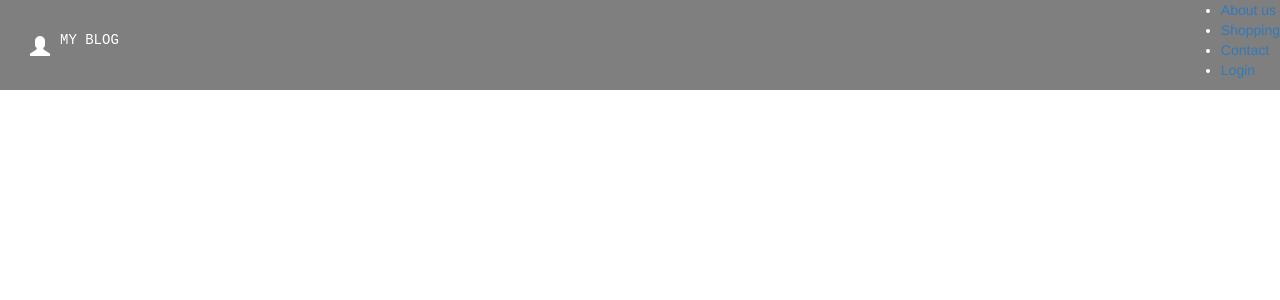
Repository: alikahwaji/HTML-CSS
Page: index.html
An editor plug-in stored every save of this project. The page is shown before and after the next save, followed by the edit.
The browser window is 1280 px wide. The pictures show the whole page.

Above is the page before, as saved 2019-10-07 13:14:29.

After the next save:
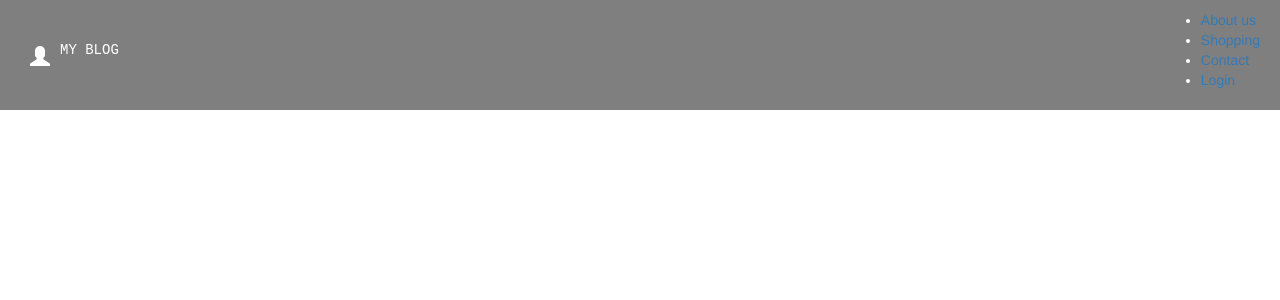
Saved 20 min 46 s later.
--- a/style.css
+++ b/style.css
@@ -17,3 +17,7 @@ header div i {
   font-size: 2rem;
   margin: 1rem;
 }
+
+header nav {
+  padding: 1rem 2rem;
+}
